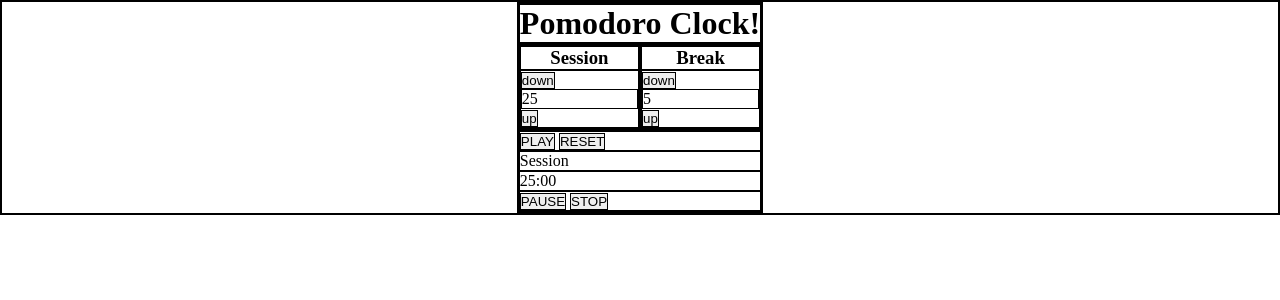
Repository: mcostigliola/pomodoroTimer
Page: index.html
These files come from the project's save history. The page is drawn as it stood at one moment and after the next save; the edit follows.
The browser window is 1280 px wide. The pictures show the whole page.

Above is the page before, as saved 2020-05-24 15:32:15.
Console error: SyntaxError: Unexpected identifier 'variabili'

After the next save:
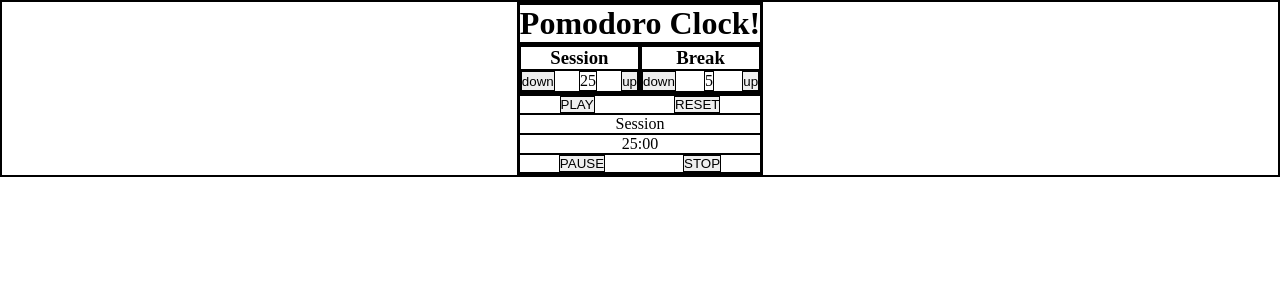
Saved 2 min 25 s later.
--- a/main.css
+++ b/main.css
@@ -20,13 +20,32 @@ body{
     display: flex;
 }
 
+#timer-container p{
+    text-align: center;
+}
+
+.btn-container{
+    display: flex;
+    justify-content: space-around;
+}
+
+.cnfg-controller{
+    display: flex;
+    justify-content: space-between;
+}
+
+
 .timer-configurator{
     display: flex;
     flex-flow: column;
-
     width: 50%;
 }
 
 .timer-configurator h3{
     text-align: center;
 }
+
+.timer-container{
+    display:flex;
+    flex-flow: column;
+}
